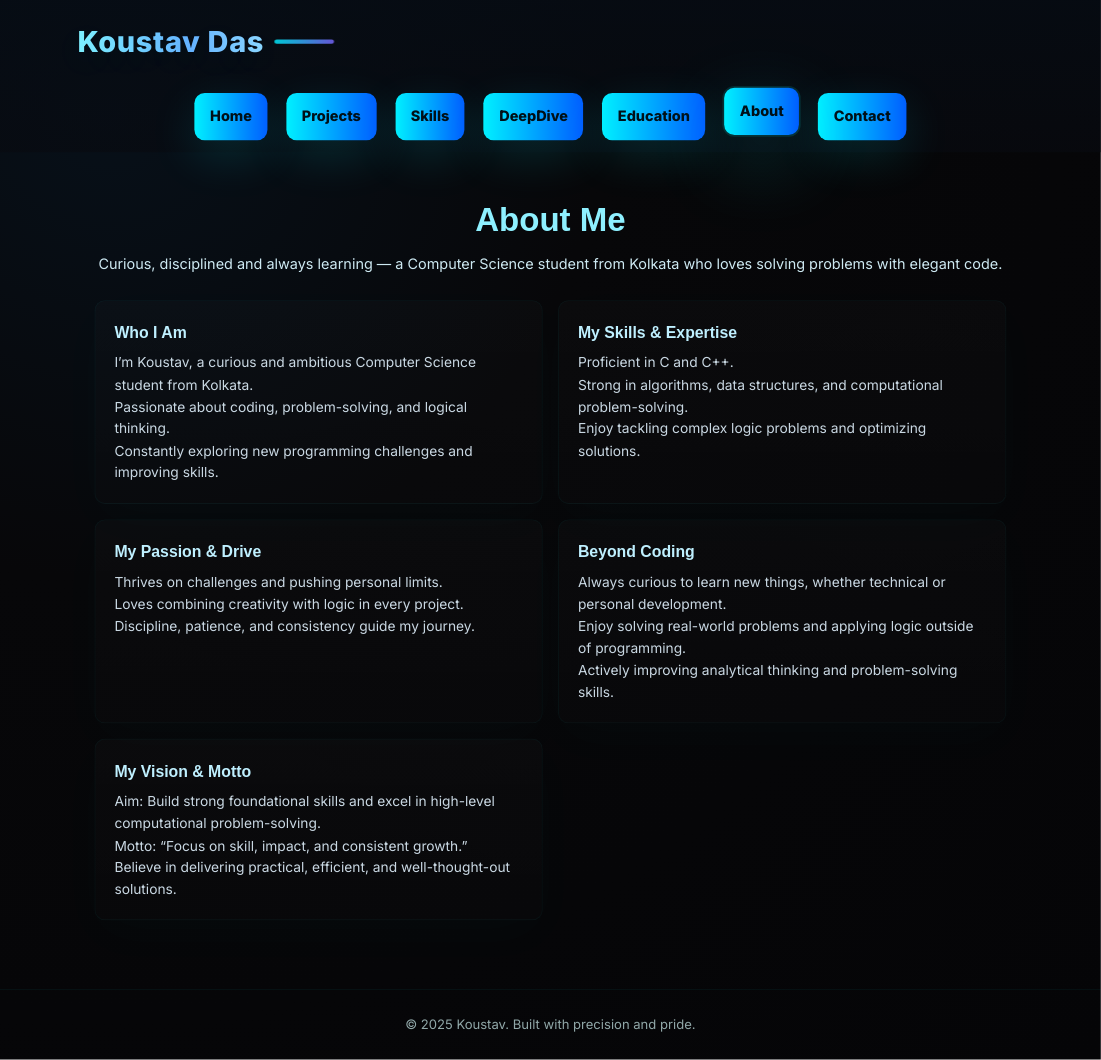
Repository: Koustav669/PORTFOLIO
Page: about.html
An editor plug-in stored every save of this project. The page is shown before and after the next save, followed by the edit.
The browser window is 1280 px wide. The pictures show the whole page, at 86% of full size.
Some web fonts or font styles are not loaded; a fallback is used.

Above is the page before, as saved 2025-10-15 00:12:54.

### about.html
<!doctype html>
<html lang="en">
<head>
  <meta charset="utf-8">
  <meta name="viewport" content="width=device-width,initial-scale=1">
  <title>About — Dev (Kolkata)</title>
  <link href="https://fonts.googleapis.com/css2?family=Inter:wght@300;400;600;800&family=Orbitron:wght@400;700&family=Poppins:wght@400;600;700&family=Rajdhani:wght@400;600;700&display=swap" rel="stylesheet">
  <link rel="stylesheet" href="style.css">
</head>
<body>
    <header class="site-header">
    <div class="header-inner header-brand">
      <div class="brand-left">
        <span class="brand-name">Koustav Das</span>
        <span class="brand-accent" aria-hidden="true"></span>
      </div>
    </div>
    <!-- site menu (reused from portfolio) -->
    <nav class="hero-nav" aria-label="Main navigation">
      <ul>
        <li><a href="portfolio.html">Home</a></li>
        <li><a href="PROJECTS.html">Projects</a></li>
        <li><a href="SKILLS.html">Skills</a></li>
        <li><a href="DEEPDIVES.html">DeepDive</a></li>
        <li><a href="EDUCATION.html">Education</a></li>
        <li><a href="ABOUT.html">About</a></li>
        <li><a href="CONTACT.html">Contact</a></li>
      </ul>
    </nav>
  </header>

  <main class="about-page">
    <section class="about-hero">
      <h1 class="about-title">About Me</h1>
      <p class="about-lead">Curious, disciplined and always learning — a Computer Science student from Kolkata who loves solving problems with elegant code.</p>
    </section>

    <section class="about-grid">
      <article class="about-card" data-index="1">
        <h2>Who I Am</h2>
        <p>I’m Koustav, a curious and ambitious Computer Science student from Kolkata.<br>Passionate about coding, problem-solving, and logical thinking.<br>Constantly exploring new programming challenges and improving skills.</p>
      </article>

      <article class="about-card" data-index="2">
        <h2>My Skills &amp; Expertise</h2>
        <p>Proficient in C and C++.<br>Strong in algorithms, data structures, and computational problem-solving.<br>Enjoy tackling complex logic problems and optimizing solutions.</p>
      </article>

      <article class="about-card" data-index="3">
        <h2>My Passion &amp; Drive</h2>
        <p>Thrives on challenges and pushing personal limits.<br>Loves combining creativity with logic in every project.<br>Discipline, patience, and consistency guide my journey.</p>
      </article>

      <article class="about-card" data-index="4">
        <h2>Beyond Coding</h2>
        <p>Always curious to learn new things, whether technical or personal development.<br>Enjoy solving real-world problems and applying logic outside of programming.<br>Actively improving analytical thinking and problem-solving skills.</p>
      </article>

      <article class="about-card" data-index="5">
        <h2>My Vision &amp; Motto</h2>
        <p>Aim: Build strong foundational skills and excel in high-level computational problem-solving.<br>Motto: “Focus on skill, impact, and consistent growth.”<br>Believe in delivering practical, efficient, and well-thought-out solutions.</p>
      </article>
    </section>

  </main>

  <footer>
    <p>© 2025 Koustav. Built with precision and pride.</p>
  </footer>

  <script>
  // small reveal animation for cards when visible
  (function(){
    const cards = document.querySelectorAll('.about-card');
    const io = new IntersectionObserver((entries)=>{
      entries.forEach(e=>{
        if (e.isIntersecting) { e.target.classList.add('in'); }
      });
    }, { threshold: 0.18 });
    cards.forEach(c=>io.observe(c));
  })();
  </script>
  <script src="nav-active.js"></script>
</body>
</html>

### style.css
/* Reset and base styles */
* { margin: 0; padding: 0; box-sizing: border-box; }

body {
  font-family: 'Inter', 'Segoe UI', system-ui, Arial, sans-serif;
  background: radial-gradient(ellipse at 10% 10%, #071019 0%, #070709 35%, #050507 100%);
  color: #dfeffb;
  line-height: 1.6;
  -webkit-font-smoothing: antialiased;
}

/* Header */
.site-header {
  background: linear-gradient(180deg, rgba(6,12,20,0.8), rgba(8,10,16,0.65));
  min-height: 130px;
  display: flex;
  flex-direction: column; /* stack header content and nav */
  align-items: center;
  gap: 10px;
  padding: 22px 24px 14px 24px; /* extra bottom padding to avoid overlap */
  /* removed bottom border to blend with manifesto */
}
.header-inner { width: 100%; max-width: 1100px; margin: 0 auto; display: flex; align-items: center; justify-content: space-between; }
.brand-logo { height: 64px; width: auto; filter: drop-shadow(0 6px 14px rgba(0,255,255,0.08)); }

/* Header brand text */
.header-brand { display: flex; align-items: center; justify-content: space-between; width: 100%; }
.brand-left, .brand-right { display: flex; align-items: center; gap: 12px; }
.brand-name {
  font-family: 'Orbitron', 'Inter', sans-serif;
  font-weight: 900;
  font-size: 2.1rem; /* increased size */
  color: #dffcff;
  background: linear-gradient(90deg, #7ef0ff, #66b3ff 60%, #8bd6ff);
  -webkit-background-clip: text;
  background-clip: text;
  color: transparent;
  text-shadow: 0 10px 40px rgba(30,200,255,0.08);
  letter-spacing: 0.8px;
}
.brand-accent { width: 64px; height: 5px; background: linear-gradient(90deg,#00f0ff,#7a66ff); border-radius: 6px; box-shadow: 0 14px 40px rgba(0,160,255,0.08); transform-origin: left center; animation: accentPulse 3s infinite; }
.role-viewport { display: none; }

#role-text { display: inline-block; font-family: 'Poppins', sans-serif; font-weight: 800; font-size: 1.6rem; color: #9be7ff; letter-spacing: 0.6px; vertical-align: middle; min-width: 110px; text-align: right; }
#role-cursor { display: inline-block; margin-left: 10px; color: #9be7ff; font-weight: 900; font-size: 1.6rem; opacity: 0.95; text-shadow: 0 8px 28px rgba(0,180,255,0.14); animation: blink 1s steps(2,end) infinite; }

@keyframes accentPulse {
  0%,100% { transform: scaleX(1); opacity: 0.92; }
  50% { transform: scaleX(1.2); opacity: 0.7; }
}

/* Animated role viewport */
.role-viewport { display: inline-block; position: relative; width: 96px; height: 28px; overflow: hidden; vertical-align: middle; }
.role { position: absolute; left: 0; top: 0; width: 100%; text-align: right; font-family: 'Poppins', sans-serif; font-weight: 700; font-size: 1.05rem; }
.role-1 { color: #9be7ff; transform: translateY(0); opacity: 1; animation: roleCycle 4s linear infinite 0s; }
.role-2 { color: #ffd1ff; transform: translateY(100%); opacity: 0; animation: roleCycle 4s linear infinite 0s; }
.role-cursor { display: inline-block; margin-left: 8px; color: #9be7ff; font-weight: 900; opacity: 0.95; animation: blink 1s steps(2,end) infinite; }

@keyframes roleFade {
  0% { opacity: 0; transform: translateY(6px); }
  10% { opacity: 1; transform: translateY(0); }
  45% { opacity: 1; transform: translateY(0); }
  55% { opacity: 0; transform: translateY(-6px); }
  100% { opacity: 0; transform: translateY(-6px); }
}

@keyframes blink {
  0% { opacity: 1; }
  50% { opacity: 0; }
  100% { opacity: 1; }
}

@keyframes cursorPulse {
  0% { transform: scaleY(1); opacity: 1; }
  50% { transform: scaleY(1.2); opacity: 0.8; }
  100% { transform: scaleY(1); opacity: 1; }
}

/* Visible static role (non-animated) */
.static-role {
  font-family: 'Rajdhani', 'Poppins', sans-serif;
  font-weight: 700;
  font-size: 1.45rem; /* increased size */
  color: rgba(190,233,255,0.95);
  -webkit-background-clip: text;
  background-clip: text;
  text-shadow: 0 6px 18px rgba(30,200,255,0.06);
  margin-right: 8px;
}

/* screen-reader only fallback */
.sr-only { position: absolute !important; height: 1px; width: 1px; overflow: hidden; clip: rect(1px, 1px, 1px, 1px); white-space: nowrap; }

/* Hide previous top nav */
.main-nav { display: none; }

/* Hero */
.hero { padding: 60px 0 44px 0; position: relative; }
.hero-inner { max-width: 900px; margin: 0 auto; text-align: center; position: relative; z-index: 2; }
.hero-title { font-family: 'Orbitron', sans-serif; color: #8ef0ff; font-size: 2.6rem; text-shadow: 0 6px 28px rgba(14,255,255,0.06); margin-bottom: 12px; }
.hero-sub { font-family: 'Poppins', 'Inter', sans-serif; color: #d9f6ff; opacity: 0.9; font-size: 1.05rem; margin-bottom: 20px; font-weight: 600; }
.hero-cta { display: flex; gap: 14px; justify-content: center; }
.btn { display: inline-block; padding: 12px 18px; border-radius: 12px; text-decoration: none; font-weight: 700; }
.btn.primary { background: linear-gradient(90deg,#00f0ff,#005eff); color: #001018; box-shadow: 0 12px 40px rgba(0,240,255,0.12); }
.btn.ghost { border: 1px solid rgba(255,255,255,0.06); color: #dffcff; background: transparent; }
.btn:hover { transform: translateY(-3px); }

/* Make GitHub + Resume outlined cyan style */
.btn.resume { background: transparent; color: #00f0ff; border: 1px solid rgba(0,240,255,0.45); box-shadow: 0 8px 28px rgba(0,240,255,0.06); transition: box-shadow 220ms ease, transform 160ms ease; }
.btn.resume:hover { transform: translateY(-3px); box-shadow: 0 18px 56px rgba(0,240,255,0.14); }

/* Hero-nav */
.hero-nav { margin-top: 22px; }
.hero-nav ul { display: flex; gap: 22px; list-style: none; padding: 0; justify-content: space-between; width: 100%; max-width: 980px; margin: 0 auto; }
.hero-nav ul li { flex: 1 1 auto; }
.hero-nav ul li a { font-family: 'Orbitron', 'Inter', sans-serif; font-weight: 800; color: #001018; background: linear-gradient(90deg,#00f0ff,#005eff); padding: 14px 18px; border-radius: 12px; box-shadow: 0 18px 54px rgba(0,240,255,0.14); display: inline-flex; justify-content: center; align-items: center; text-decoration: none; font-size: 1.05rem; }
.hero-nav ul li a:hover { transform: translateY(-3px); box-shadow: 0 26px 80px rgba(0,240,255,0.22); }
.hero-nav ul li a.active { outline: 2px solid rgba(0,255,255,0.12); box-shadow: 0 28px 90px rgba(0,240,255,0.22); transform: translateY(-6px); }

/* Subtle hero lighting */
.hero:before,
.hero:after {
  content: '';
  position: absolute;
  left: 50%;
  top: 18%;
  transform: translateX(-50%);
  width: 86%;
  height: 86%;
  pointer-events: none;
  z-index: -1;
  filter: blur(28px);
}
.hero:before { background: radial-gradient(circle at 28% 26%, rgba(38,174,255,0.22), rgba(22,120,200,0.12) 40%, transparent 56%); }
.hero:after { top: 60%; width: 72%; height: 46%; background: radial-gradient(circle at 72% 22%, rgba(100,180,255,0.16), rgba(20,60,160,0.08) 45%, transparent 70%); }

/* Slider */
.preview { padding: 60px 24px; background: linear-gradient(180deg, rgba(255,255,255,0.02), transparent); }
.slider { position: relative; width: 100%; max-width: 820px; margin: 18px auto; overflow: hidden; border-radius: 18px; box-shadow: 0 18px 60px rgba(3,252,255,0.03); }
.slides { display: flex; transition: transform 0.5s ease-in-out; }
.slides img { width: 100%; flex-shrink: 0; object-fit: contain; height: 420px; background-color: #03060a; }
.prev, .next { position: absolute; top: 50%; transform: translateY(-50%); background: linear-gradient(180deg, rgba(0,0,0,0.45), rgba(0,0,0,0.25)); color: #dffcff; border: none; font-size: 1.6rem; padding: 10px 12px; cursor: pointer; border-radius: 8px; }
.prev { left: 12px; }
.next { right: 12px; }

.preview h3 { font-size: 1.8rem; color: #00ffff; margin-bottom: 20px; }

canvas { display: block; margin: 0 auto 20px; border: 2px solid #00ffff; background-color: #1a1a1a; }

/* Footer */
footer { text-align: center; padding: 28px 20px; color: rgba(220,255,255,0.65); font-size: 0.95rem; border-top: 1px solid rgba(0,255,255,0.06); }

/* Responsive tweaks */
@media (max-width: 820px) {
  .hero-title { font-size: 2rem; }
  .slides img { height: 260px; }
  .brand-logo { height: 48px; }
  .site-header { min-height: 160px; }
}

@media (max-width: 480px) {
  .main-nav ul { gap: 8px; flex-wrap: wrap; }
  .hero-inner { padding: 0 12px; }
}

/* About page styles */
.about-page { padding: 48px 20px 80px; max-width: 1100px; margin: 0 auto; }
.about-hero { text-align: center; margin-bottom: 28px; }
.about-title { font-family: 'Orbitron', sans-serif; font-size: 2.4rem; color: #8ef0ff; margin-bottom: 8px; }
.about-lead { color: #d9f6ff; opacity: 0.95; font-size: 1.05rem; margin-bottom: 20px; }
.about-grid { display: grid; grid-template-columns: repeat(2,1fr); gap: 18px; }
.about-card { background: linear-gradient(180deg, rgba(255,255,255,0.02), rgba(255,255,255,0.01)); padding: 22px; border-radius: 12px; border: 1px solid rgba(0,255,255,0.04); transform: translateY(18px); opacity: 0; transition: all 520ms cubic-bezier(.2,.9,.33,1); }
.about-card.in { transform: translateY(0); opacity: 1; box-shadow: 0 18px 60px rgba(3,252,255,0.02); }
.about-card h2 { font-family: 'Rajdhani', sans-serif; font-size: 1.15rem; color: #bff0ff; margin-bottom: 8px; }
.about-card p { color: #dfeffb; opacity: 0.9; line-height: 1.6; }

@media (max-width: 820px) {
  .about-grid { grid-template-columns: 1fr; }
  .about-title { font-size: 2rem; }
}

### nav-active.js
// nav-active.js - marks the nav item matching current path as active
(function(){
  const links = document.querySelectorAll('.hero-nav a');
  if (!links.length) return;
  const current = window.location.pathname.split('/').pop().toLowerCase() || 'portfolio.html';
  links.forEach(a=>{
    const href = (a.getAttribute('href')||'').toLowerCase();
    if (href.includes(current) || (current === '' && href.includes('portfolio.html'))) {
      a.classList.add('active');
    }
  });
})();

After the next save:
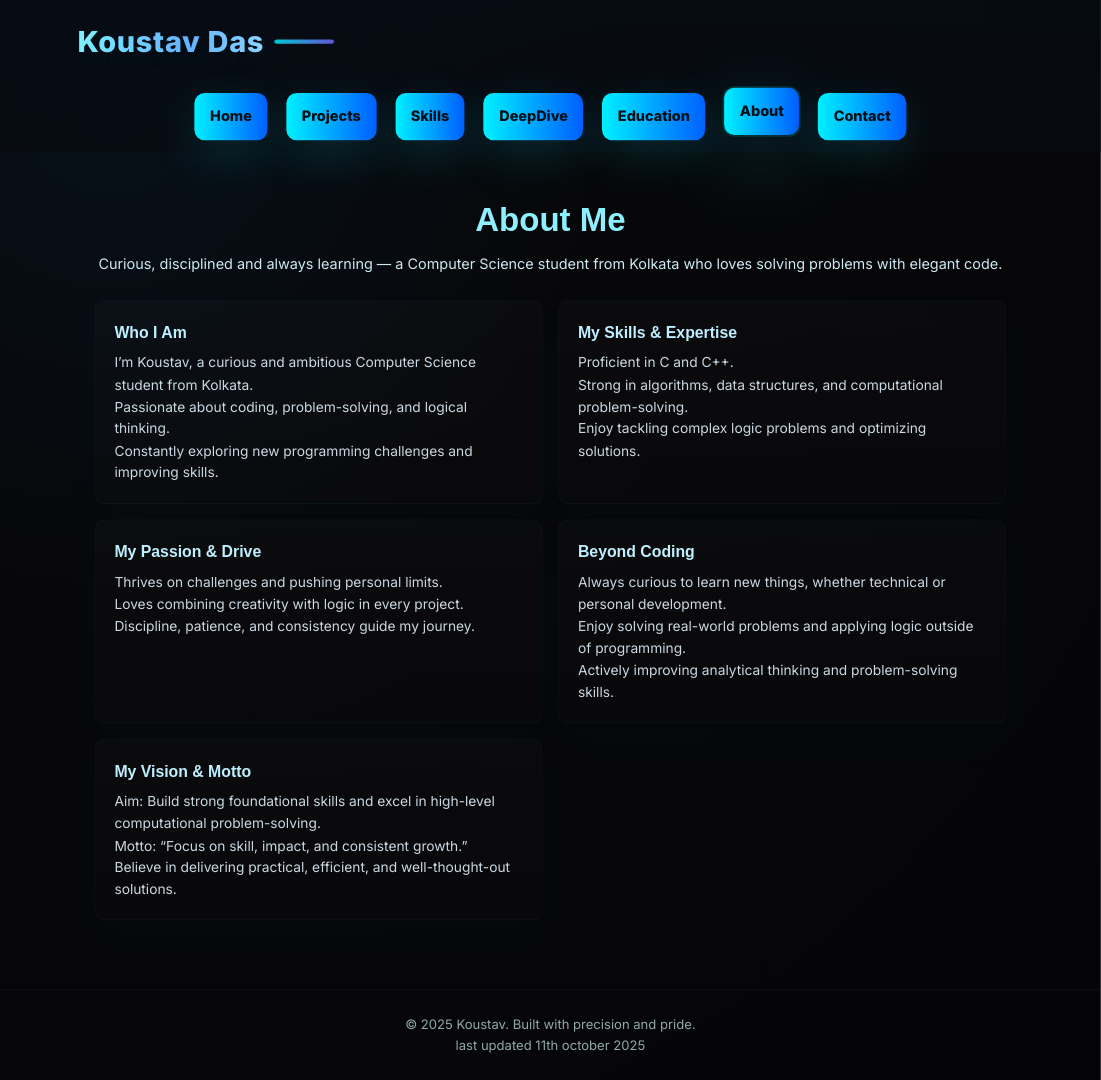
Saved 87 s later.
--- a/about.html
+++ b/about.html
@@ -65,7 +65,7 @@
   </main>
 
   <footer>
-    <p>© 2025 Koustav. Built with precision and pride.</p>
+    <p>© 2025 Koustav. Built with precision and pride.<br>last updated 11th october 2025</p>
   </footer>
 
   <script>
